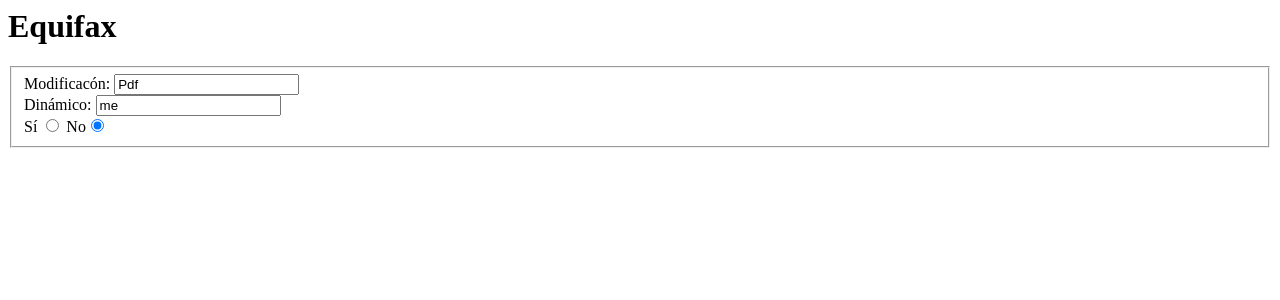
Repository: DannyProjects/PdfEditor
Page: pdf-editor/src/main/resources/html/form.html
An editor plug-in stored every save of this project. The page is shown before and after the next save, followed by the edit.
The browser window is 1280 px wide. The pictures show the whole page.

Above is the page before, as saved 2018-07-01 19:59:17.

After the next save:
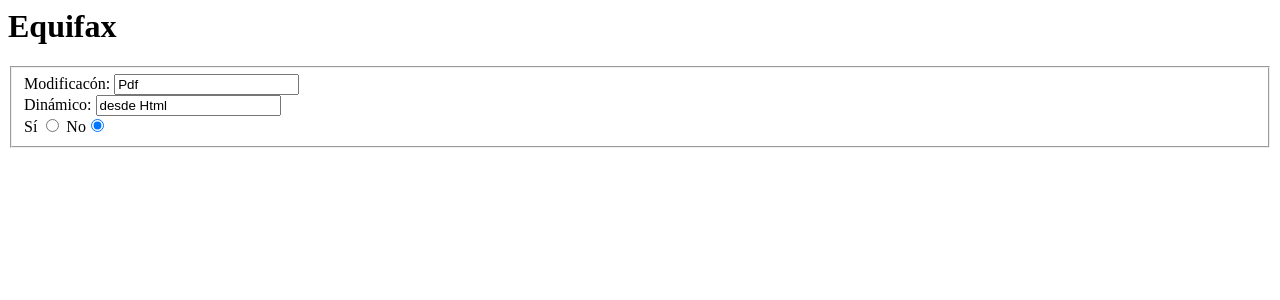
Saved 35 s later.
--- a/pdf-editor/src/main/resources/html/form.html
+++ b/pdf-editor/src/main/resources/html/form.html
@@ -5,7 +5,7 @@
 <form>
 <fieldset>
 Modificacón: <input type="text" name="place" value="Pdf"><br>
-Dinámico: <input type="text" name="who" value="me"><br>
+Dinámico: <input type="text" name="who" value="desde Html"><br>
 Sí <input type="radio" value="S" name="test" checked="checked"  >
 No<input type="radio" value="N" name="test" checked="checked"  >
 </fieldset>
